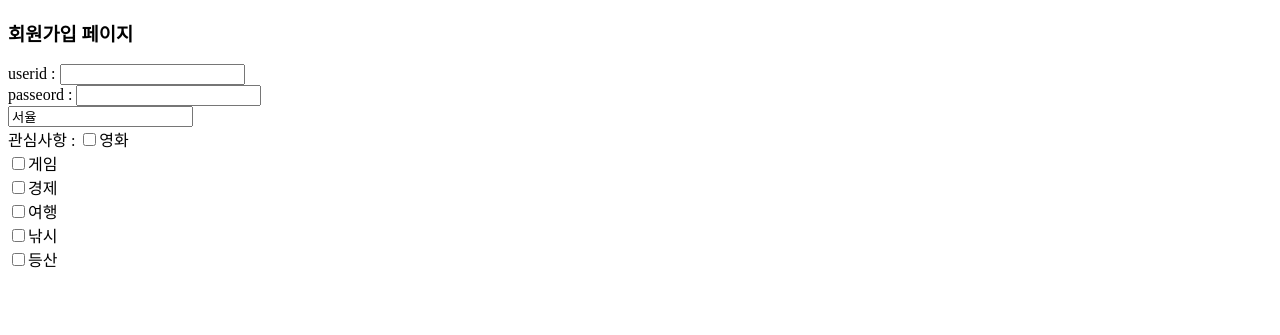
Repository: PARKJONGSUN88/multicampus_study
Page: 3-7. jsp, servletStudy Study/1. 실습/workspace2/web1/WebContent/memberform.html
These files come from the project's save history. The page is drawn as it stood at one moment and after the next save; the edit follows.
The browser window is 1280 px wide. The pictures show the whole page.

Above is the page before, as saved 2019-06-27 01:53:07.

After the next save:
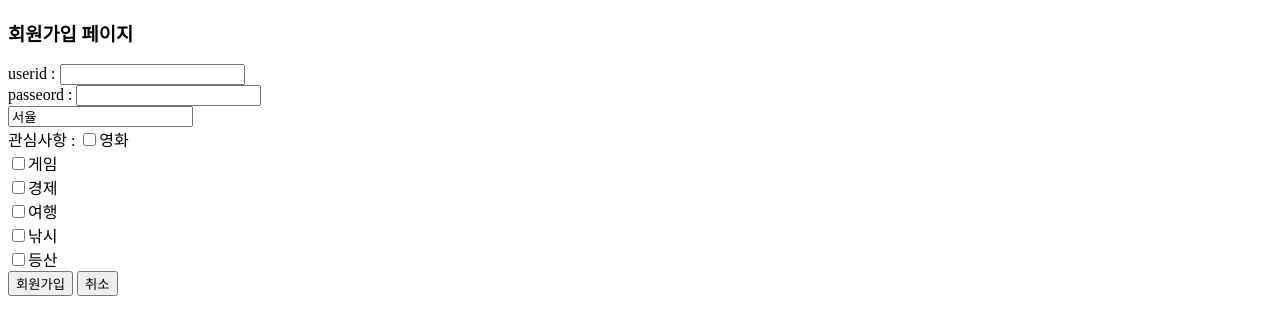
Saved 24 s later.
--- a/3-7. jsp, servletStudy Study/1. 실습/workspace2/web1/WebContent/memberform.html
+++ b/3-7. jsp, servletStudy Study/1. 실습/workspace2/web1/WebContent/memberform.html
@@ -16,7 +16,9 @@ passeord : <input type="password" name="userpwd" ><br>
 		<input type="checkbox" name="interest" value="여행">여행<br>
 		<input type="checkbox" name="interest" value="낚시">낚시<br>
 		<input type="checkbox" name="interest" value="등산">등산<br>
-
+	 <input type="submit"   value="회원가입" >
+  	<input type="reset"   value="취소" ><br>
+</form>
 
 
 
